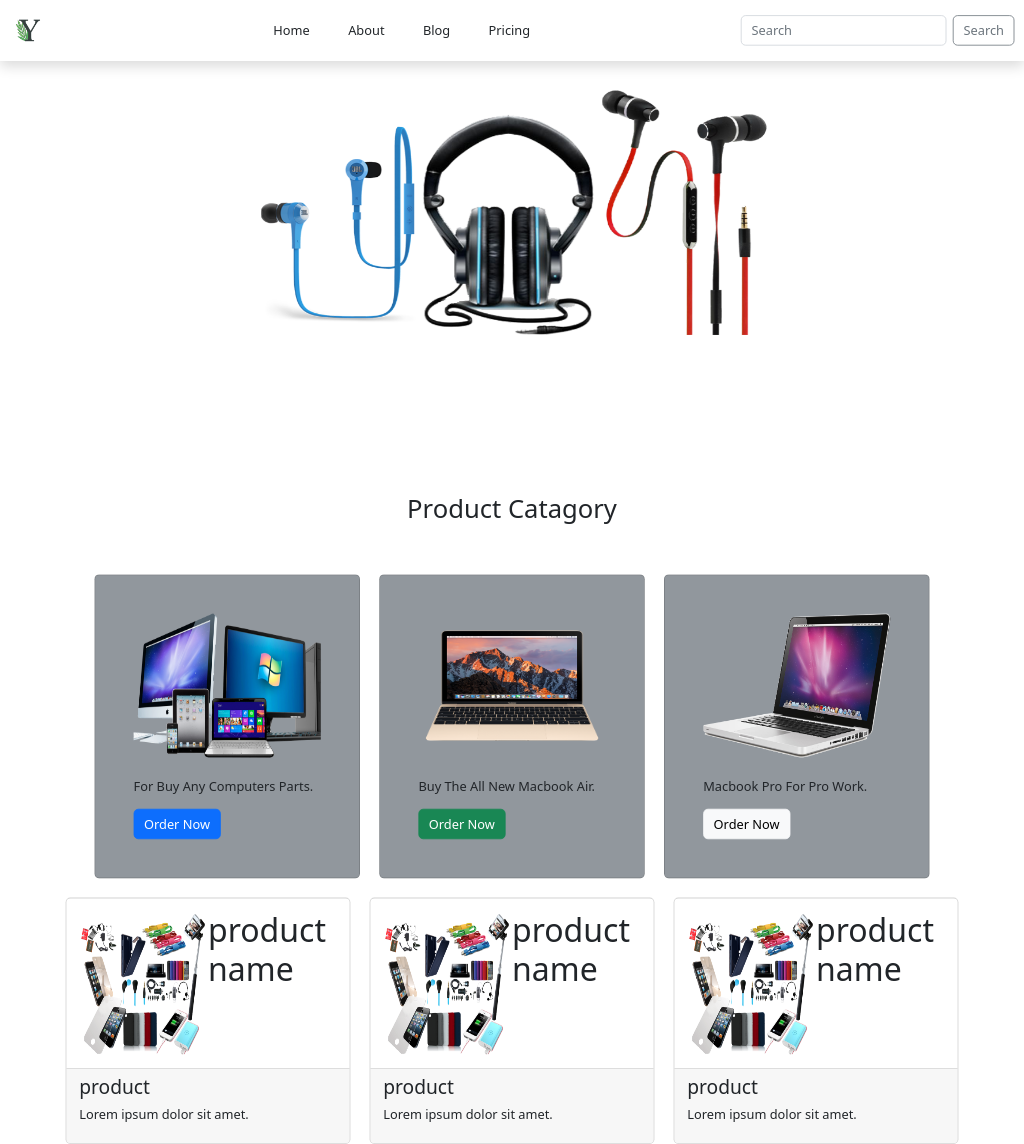
Repository: Mafuzurrahmanoli/E-Commerce-Website
Page: index.html
The author's editor kept a copy of each file at every save. The page is drawn from the files as they stood at one save, then again after a run of saves.
The browser window is 1280 px wide. The pictures show the whole page, at 80% of full size.

Above is the page before, as saved 2023-09-16 11:56:15.

After the next 4 saves:
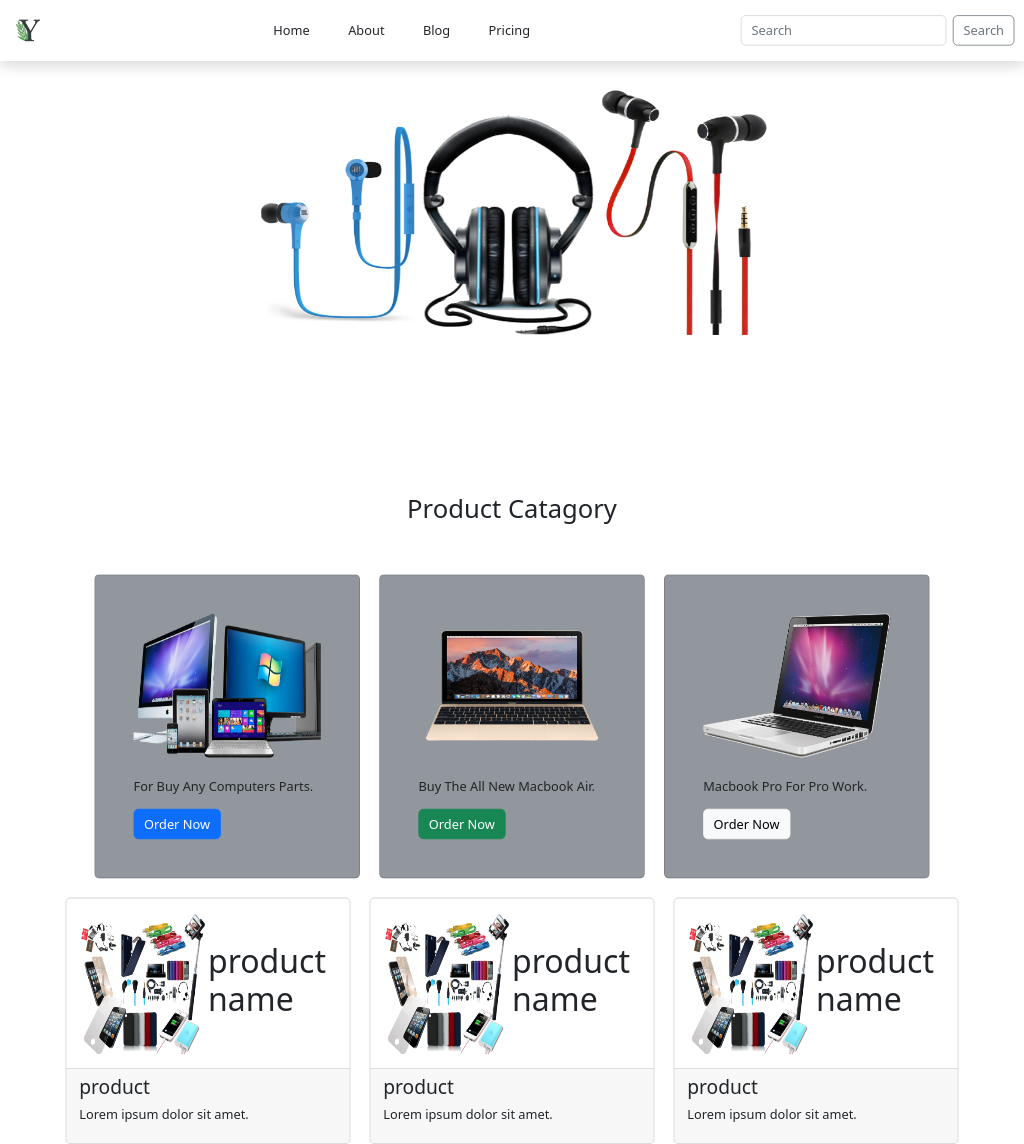
The 4 saves are shown as one change because they came seconds apart.
The last was saved 22 s later.
--- a/index.html
+++ b/index.html
@@ -131,7 +131,7 @@
           <div class="card">
             <div class="card-body d-flex">
               <img class="w-50" src="img/Mobile.png" alt="">
-              <h1>product name</h1>
+              <h1 class="align-content-center">product name</h1>
             </div>
             <div class="card-footer">
               <h4>product</h4>
@@ -143,7 +143,7 @@
           <div class="card">
             <div class="card-body d-flex">
               <img class="w-50" src="img/Mobile.png" alt="">
-              <h1>product name</h1>
+              <h1 class="align-content-center">product name</h1>
             </div>
             <div class="card-footer">
               <h4>product</h4>
@@ -155,7 +155,7 @@
           <div class="card">
             <div class="card-body d-flex">
               <img class="w-50" src="img/Mobile.png" alt="">
-              <h1>product name</h1>
+              <h1 class="align-content-center">product name</h1>
             </div>
             <div class="card-footer">
               <h4>product</h4>

After the save that followed:
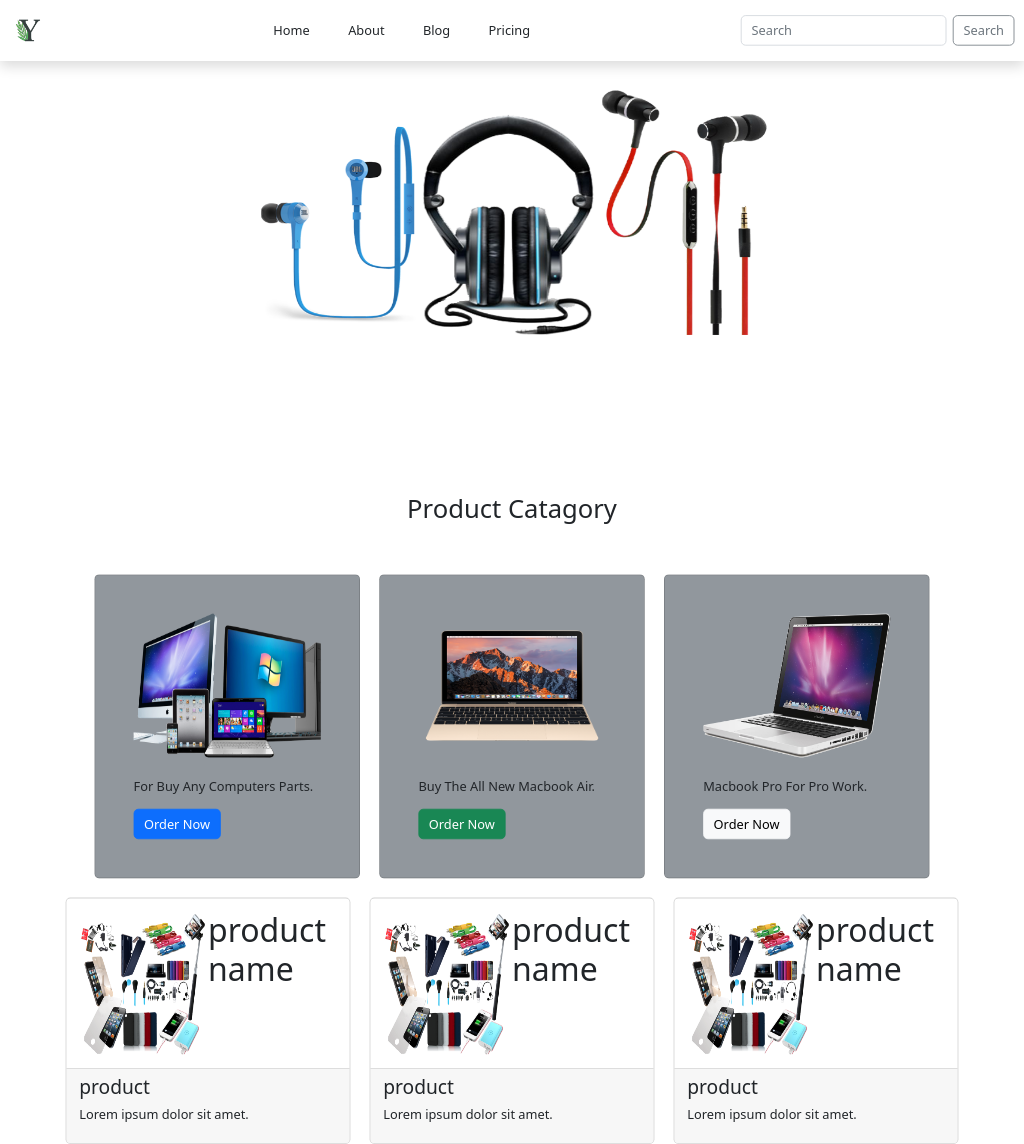
Saved 13 s later.
--- a/index.html
+++ b/index.html
@@ -131,7 +131,7 @@
           <div class="card">
             <div class="card-body d-flex">
               <img class="w-50" src="img/Mobile.png" alt="">
-              <h1 class="align-content-center">product name</h1>
+              <h1 class="align-item-center">product name</h1>
             </div>
             <div class="card-footer">
               <h4>product</h4>
@@ -143,7 +143,7 @@
           <div class="card">
             <div class="card-body d-flex">
               <img class="w-50" src="img/Mobile.png" alt="">
-              <h1 class="align-content-center">product name</h1>
+              <h1 class="align-item-center">product name</h1>
             </div>
             <div class="card-footer">
               <h4>product</h4>
@@ -155,7 +155,7 @@
           <div class="card">
             <div class="card-body d-flex">
               <img class="w-50" src="img/Mobile.png" alt="">
-              <h1 class="align-content-center">product name</h1>
+              <h1 class="align-item-center">product name</h1>
             </div>
             <div class="card-footer">
               <h4>product</h4>
